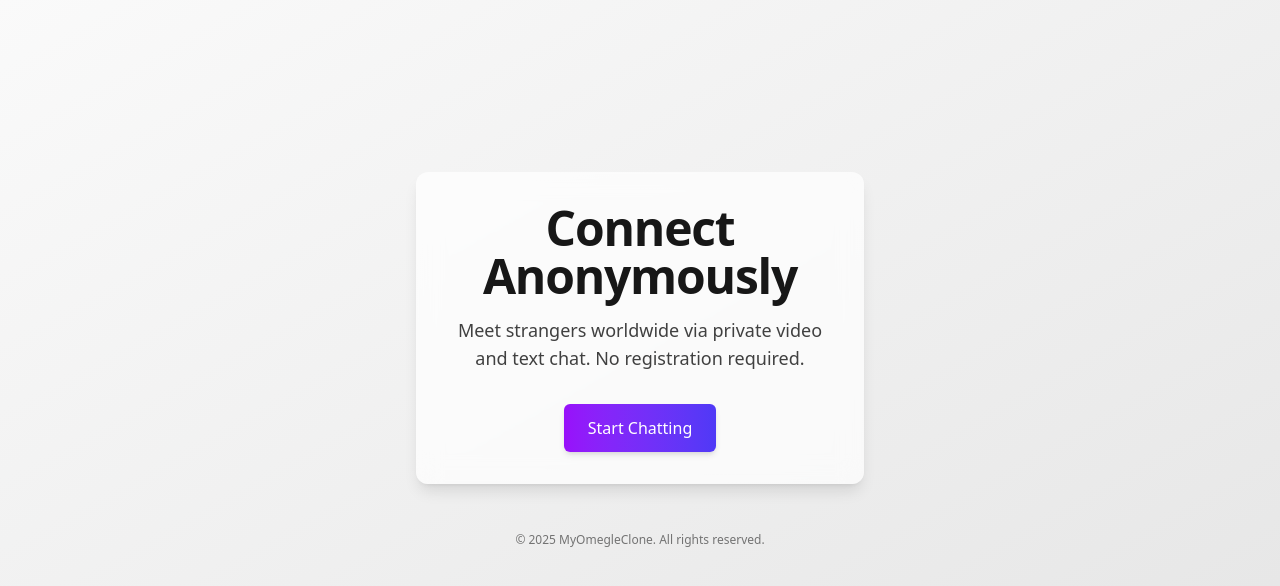
Repository: akanksha653/connectify
Page: /
The author's editor kept a copy of each file at every save. The page is drawn from the files as they stood at one save, then again after the next save.
The browser window is 1280 px wide. The pictures show the whole page.
The project was rebuilt for these pictures with package versions that can differ from the ones it lists, and the page was loaded fresh each time. The framework's server and built-in components were replaced by stand-ins that run in the browser. Also part of the build but not shown: next.config.ts.

Above is the page before, as saved 2025-07-13 20:34:35.

After the next save:
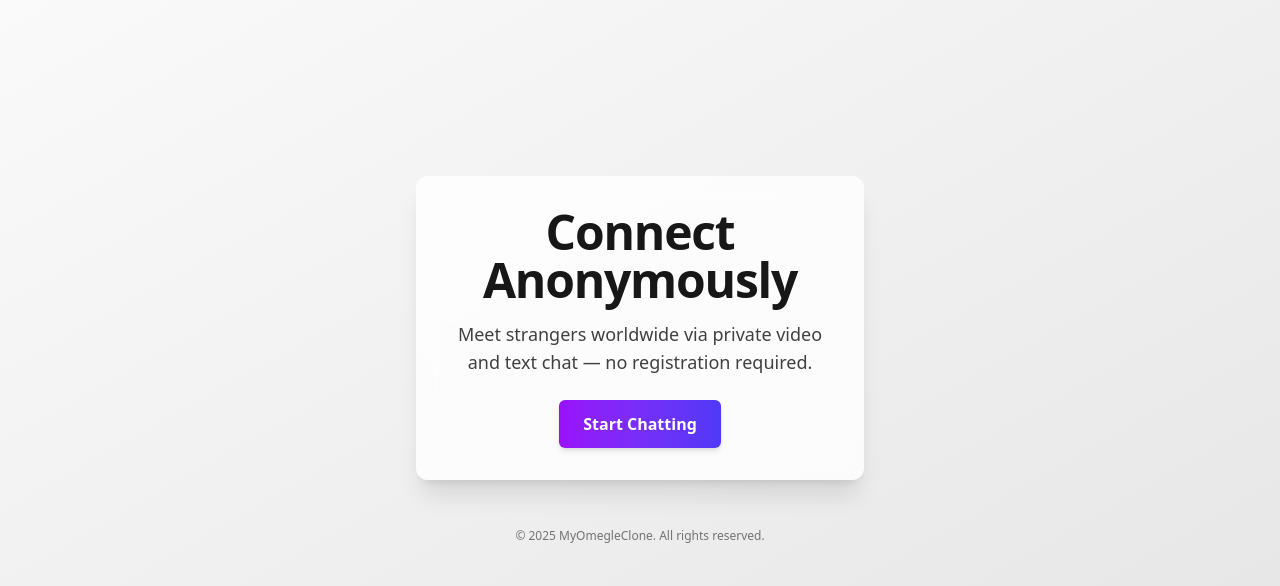
Saved 49 s later.
--- a/src/app/page.tsx
+++ b/src/app/page.tsx
@@ -11,24 +11,24 @@ export default function HomePage() {
 
   return (
     <main className="flex min-h-screen flex-col items-center justify-center bg-gradient-to-br from-neutral-50 to-neutral-200 dark:from-neutral-900 dark:to-neutral-800 px-4">
-      <div className="max-w-md w-full text-center p-8 rounded-xl shadow-lg bg-white/70 dark:bg-neutral-900/70 backdrop-blur-md">
-        <h1 className="text-4xl sm:text-5xl font-bold mb-4 text-neutral-900 dark:text-white tracking-tight">
+      <section className="max-w-md w-full text-center p-8 rounded-xl shadow-xl bg-white/80 dark:bg-neutral-900/70 backdrop-blur-md transition-all">
+        <h1 className="text-4xl sm:text-5xl font-extrabold text-neutral-900 dark:text-white tracking-tight mb-4">
           Connect Anonymously
         </h1>
 
-        <p className="mb-8 text-neutral-700 dark:text-neutral-300 text-base sm:text-lg">
-          Meet strangers worldwide via private video and text chat. No registration required.
+        <p className="text-base sm:text-lg text-neutral-700 dark:text-neutral-300 mb-6">
+          Meet strangers worldwide via private video and text chat — no registration required.
         </p>
 
         <button
           onClick={handleStartChatting}
-          className="inline-block w-full sm:w-auto bg-gradient-to-r from-purple-600 to-indigo-600 hover:from-purple-700 hover:to-indigo-700 text-white font-medium text-base px-6 py-3 rounded-md shadow-md hover:shadow-lg transition duration-200 ease-in-out"
+          className="w-full sm:w-auto bg-gradient-to-r from-purple-600 to-indigo-600 hover:from-purple-700 hover:to-indigo-700 text-white font-semibold px-6 py-3 rounded-md shadow-md hover:shadow-lg transition-all"
         >
           Start Chatting
         </button>
-      </div>
+      </section>
 
-      <footer className="mt-12 text-xs text-neutral-500">
+      <footer className="mt-12 text-xs text-neutral-500 dark:text-neutral-400">
         © {new Date().getFullYear()} MyOmegleClone. All rights reserved.
       </footer>
     </main>
